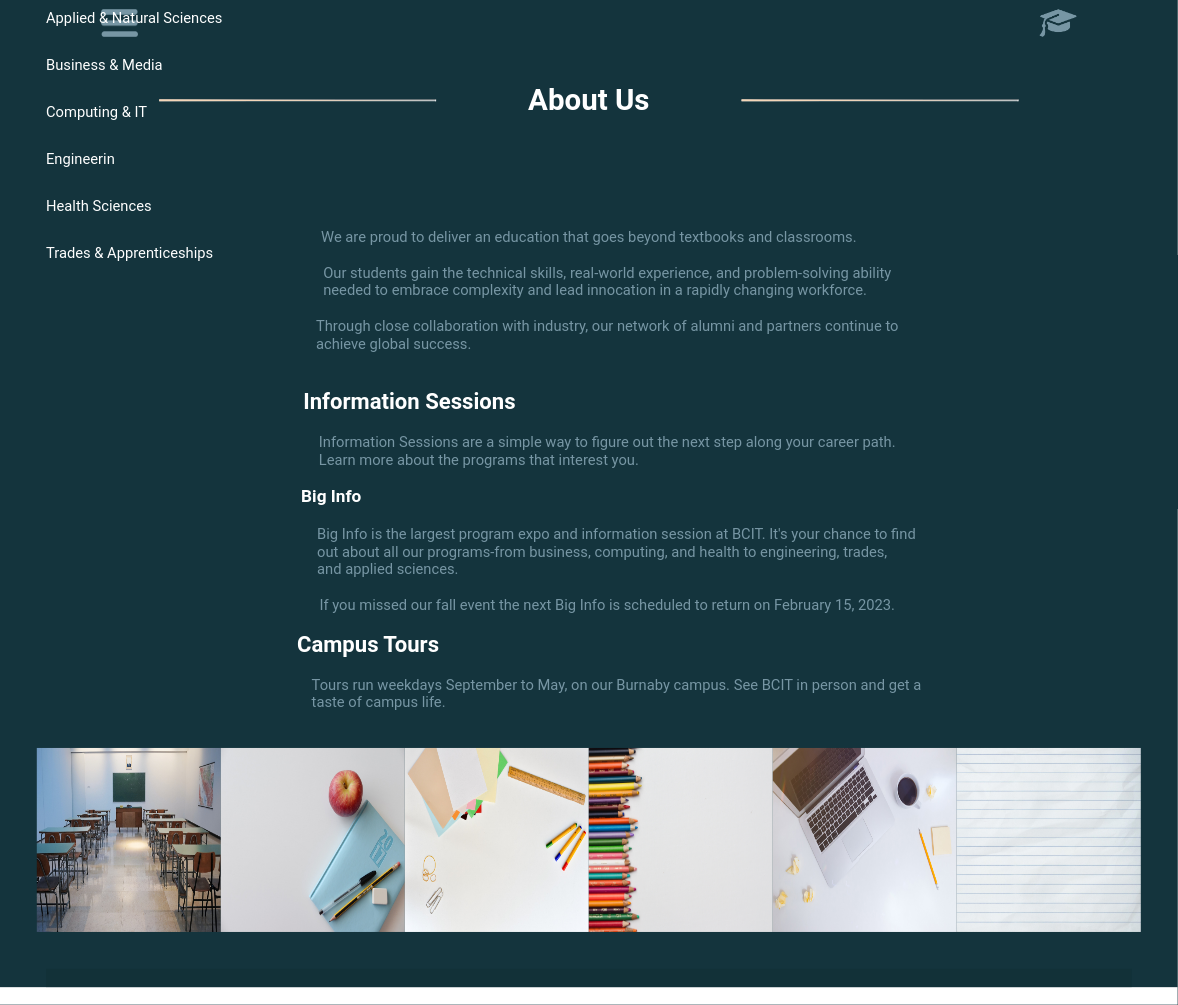
Repository: Sheraliramzan/Aly_A01253508_Assignment1
Page: /about
An editor plug-in stored every save of this project. The page is shown before and after a run of saves, followed by the edit.
The browser window is 1280 px wide. The pictures show the whole page, at 92% of full size.
The project was rebuilt for these pictures with package versions that can differ from the ones it lists, and the page was loaded fresh each time. The framework's server and built-in components were replaced by stand-ins that run in the browser. Also part of the build but not shown: next.config.js.

Above is the page before, as saved 2023-02-05 09:03:22.

After the next 2 saves:
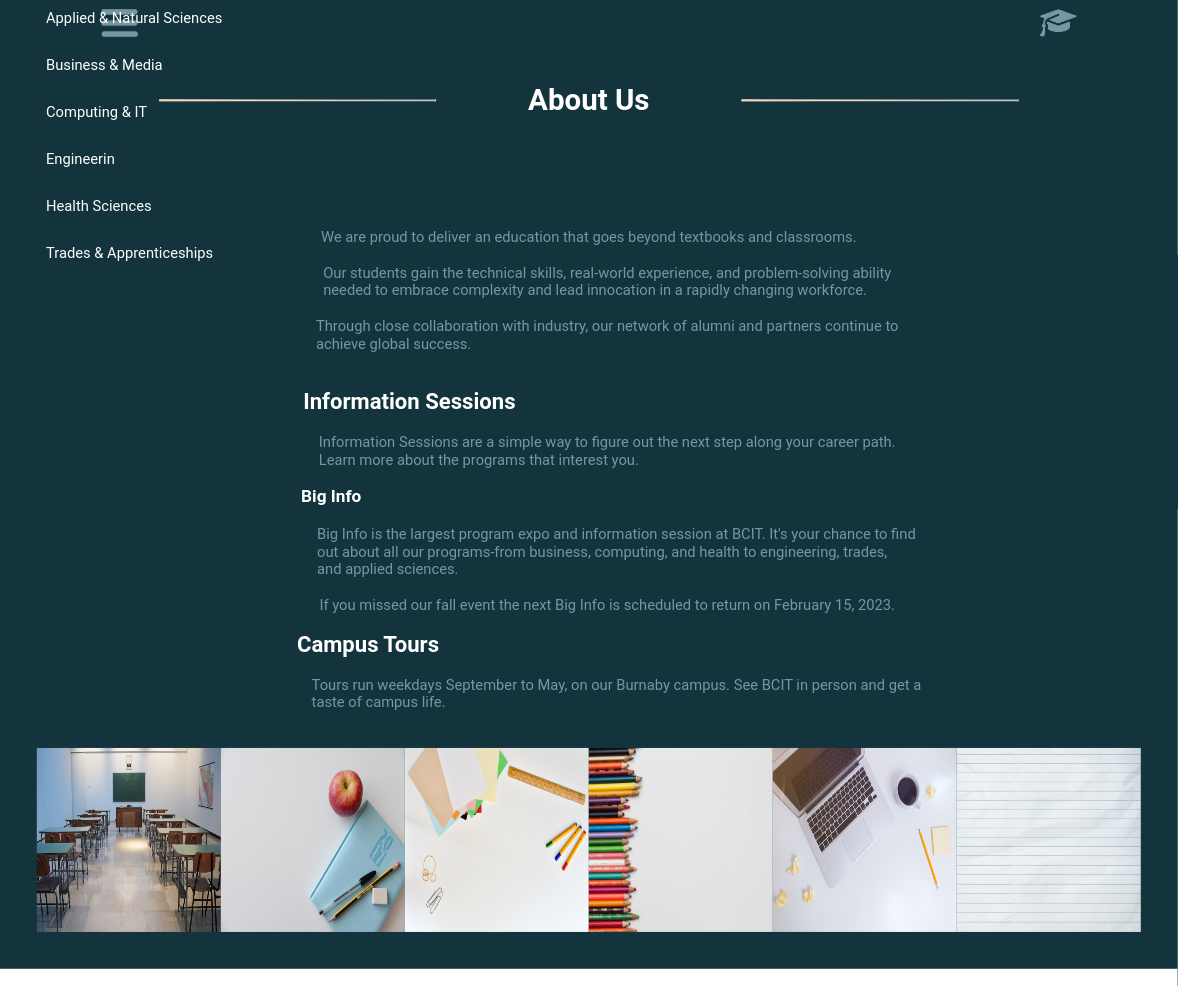
The 2 saves are shown as one change because 1 did not build or start.
The last was saved 2 min 3 s later.
--- a/pages/about.js
+++ b/pages/about.js
@@ -61,7 +61,7 @@
                 <Image src={"/4.jpg"} width={200} height={200}></Image>
                 <Image src={"/5.jpg"} width={200} height={200}></Image>
             </div >
-                  <div id="testOnImageHere">
+
                     <ul >
                       <li>Applied & Natural Sciences</li>
                       <li>Business & Media</li>
@@ -72,7 +72,7 @@
                     </ul>
                   </div>
           </div>
-        </div>
+
         <a>
             <span>
                 <img></img>

After the save that followed:
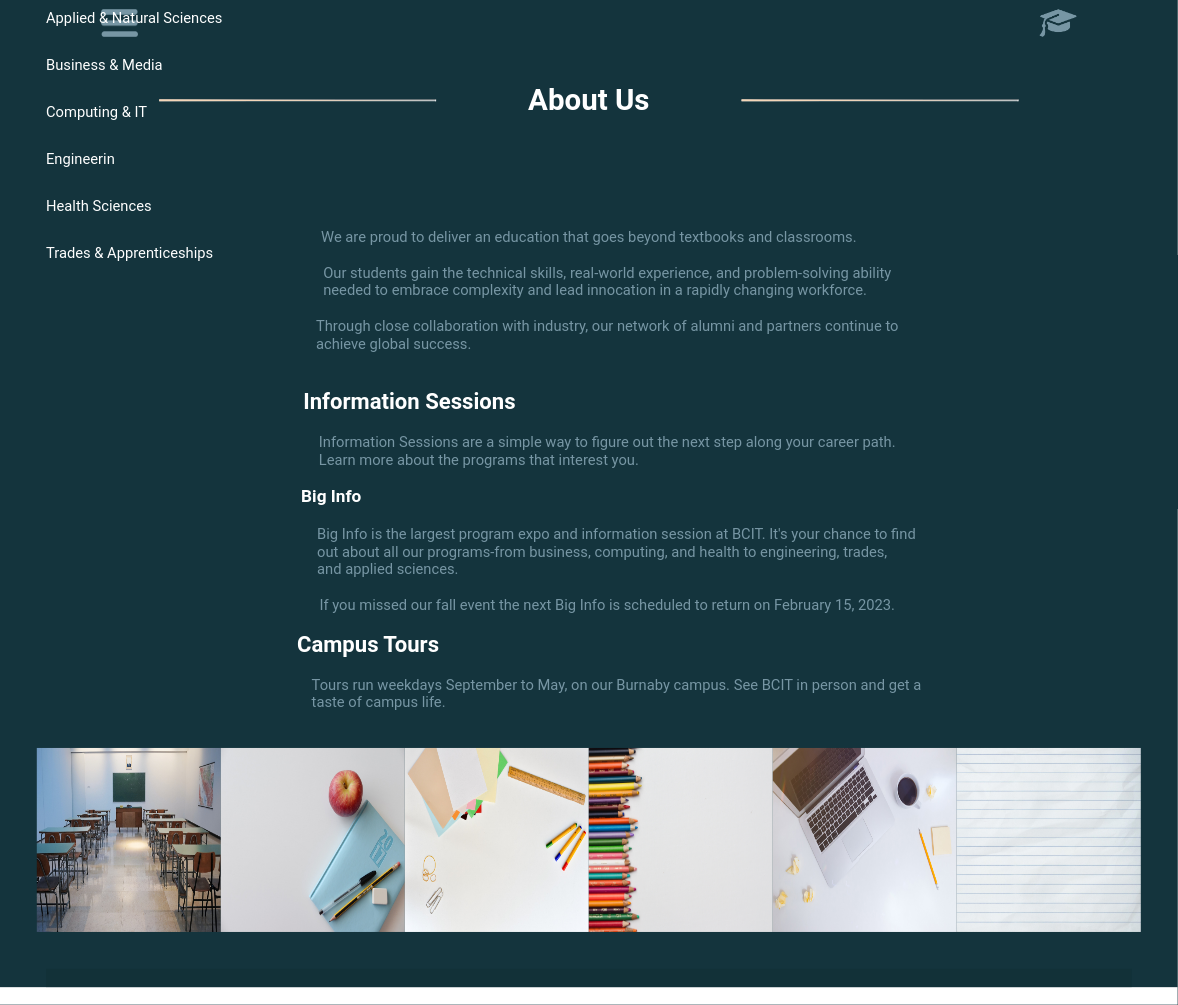
Saved 8 s later.
--- a/pages/about.js
+++ b/pages/about.js
@@ -61,7 +61,7 @@
                 <Image src={"/4.jpg"} width={200} height={200}></Image>
                 <Image src={"/5.jpg"} width={200} height={200}></Image>
             </div >
-
+                  <div id="testOnImageHere">
                     <ul >
                       <li>Applied & Natural Sciences</li>
                       <li>Business & Media</li>
@@ -72,7 +72,7 @@
                     </ul>
                   </div>
           </div>
-
+        </div>
         <a>
             <span>
                 <img></img>
